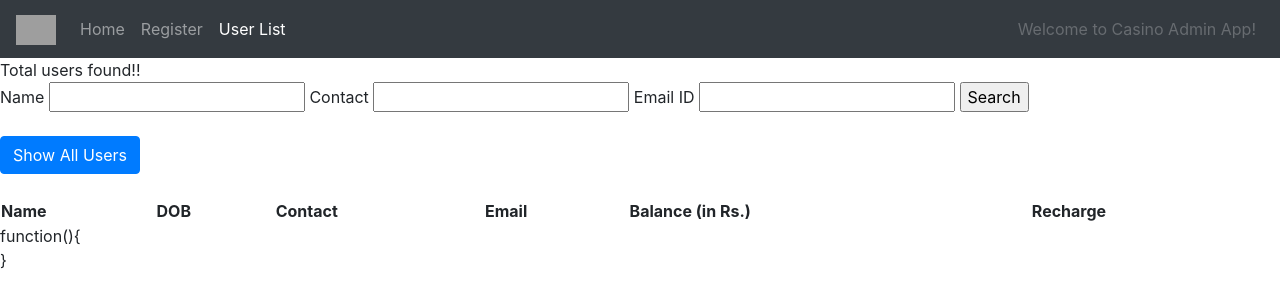
Repository: piyushrulesyou/CasinoGameApplication
Page: http://localhost/adminPanel/UsersList.jsp
The author's editor kept a copy of each file at every save. The page is drawn from the files as they stood at one save, then again after the next save.
The browser window is 1280 px wide. The pictures show the whole page.
Pictures or frames that could not be fetched are drawn as grey boxes. The page is served by Tomcat 9. Nobody is signed in. The application's start-up code is not run.

Above is the page before, as saved 2019-11-01 06:34:50.

After the next save:
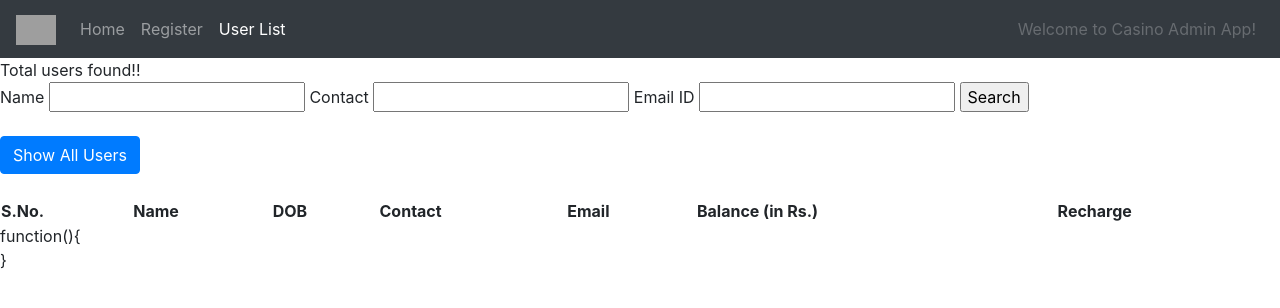
Saved 7 min 53 s later.
--- a/AdminPanel/adminPanel/src/main/webapp/UsersList.jsp
+++ b/AdminPanel/adminPanel/src/main/webapp/UsersList.jsp
@@ -67,6 +67,7 @@
 
 		<table width="100%" class="w3-table-all w3-centered">
 			<tr>
+				<th>S.No.</th>
 				<th>Name</th>
 				<th>DOB</th>
 				<th>Contact</th>
